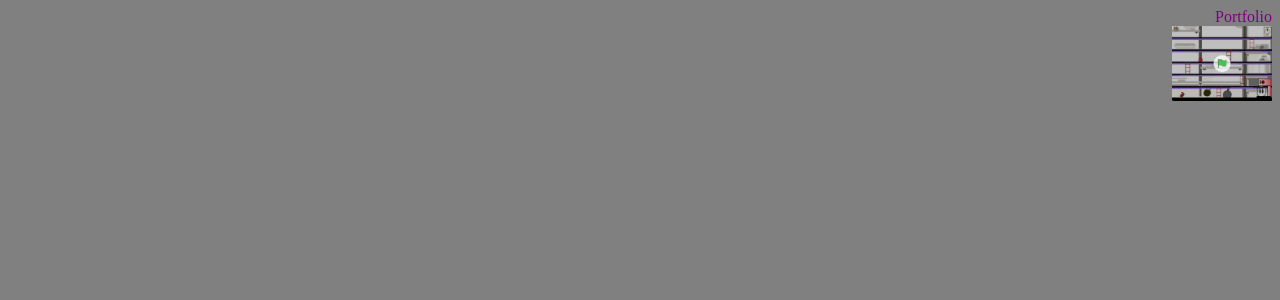
Repository: AnthonyMej/AnthonyMej
Page: portfolio.html
The author's editor kept a record of every edit. The page is drawn from the files as they stood at one moment, then again after the next edit.
The browser window is 1280 px wide. The pictures show the whole page.

Above is the page before.

After the next edit:
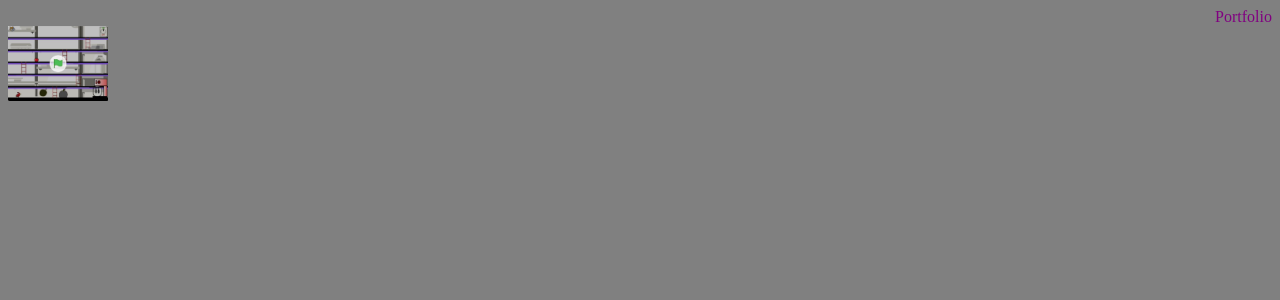
The edit:
--- a/portfolio.html
+++ b/portfolio.html
@@ -35,9 +35,9 @@
       </div>
   </div>
   <br>
-  <div>
-  <a href=https://scratch.mit.edu/projects/328271992/>
-  <img src="./img/game.jpg" class="responsive" width = 100>
+  <div align=left>
+    <a href=https://scratch.mit.edu/projects/328271992/>
+    <img src="./img/game.jpg" class="responsive" width = 100>
   </a>
   </div>
 
